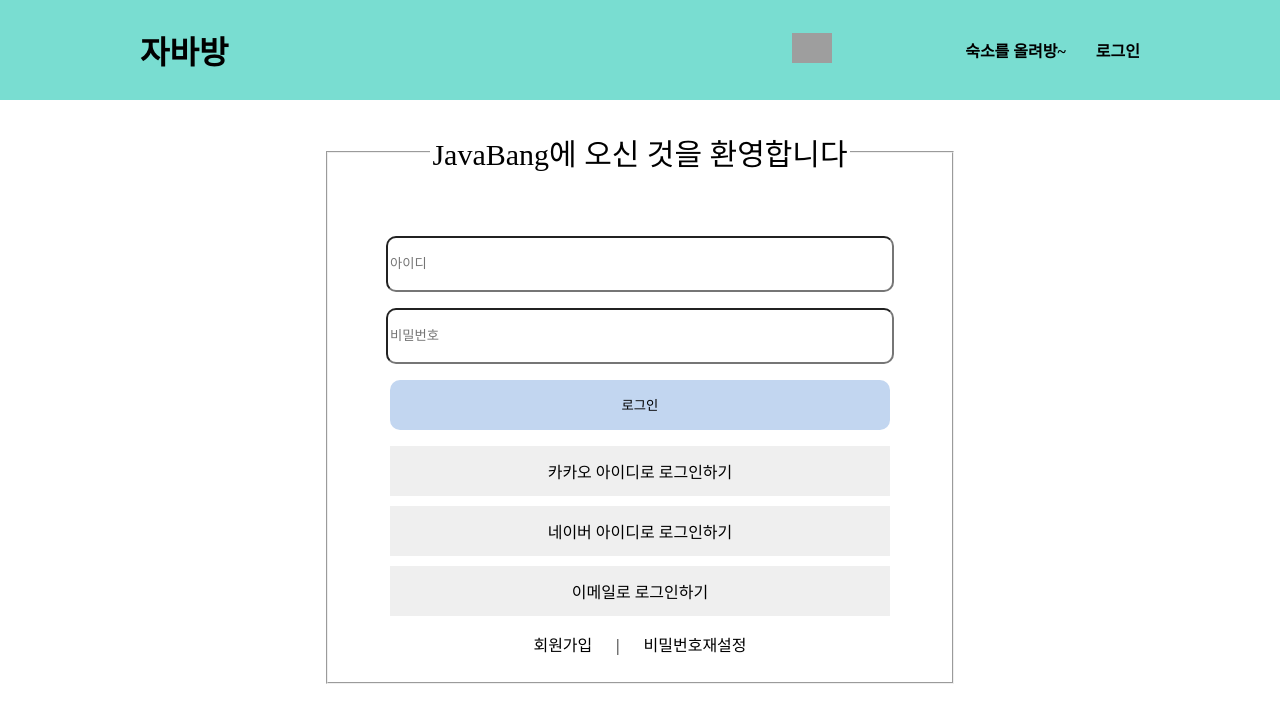
Repository: juhyeseong/project
Page: http://localhost/dbjava/WEB-INF/views/member/login.jsp
An editor plug-in stored every save of this project. The page is shown before and after the next save, followed by the edit.
The browser window is 1280 px wide. The pictures show the whole page.
Pictures or frames that could not be fetched are drawn as grey boxes. The page is served by Tomcat 9. Nobody is signed in. Other server files are loaded and not shown. The template is opened directly, without the code that normally fills it, so the values that code supplies are empty.

Above is the page before, as saved 2023-08-11 08:37:18.

### workspace/dbjava/src/main/webapp/WEB-INF/views/member/login.jsp
<%@ page language="java" contentType="text/html; charset=UTF-8" pageEncoding="UTF-8"%>
<%@ include file="../header.jsp" %>
<div class="login">
      <fieldset>
          <legend>JavaBang에 오신 것을 환영합니다</legend>

          <p><input type="text" placeholder="아이디"></p>
          <p><input type="text" placeholder="비밀번호"></p>
          <p><input type="submit" value="로그인"></p>

          <button class="kakao"> <img src="">카카오 아이디로 로그인하기</button>
          <button class="naver"> 네이버 아이디로 로그인하기</button>
          <button class="email"> 이메일로 로그인하기</button>
          <p><a href="${cpath }/member/join">회원가입 </a> | 비밀번호재설정</p>

      </fieldset>
  </div>
</body>
</html>

### workspace/dbjava/src/main/webapp/WEB-INF/views/header.jsp
<%@ page language="java" contentType="text/html; charset=UTF-8" pageEncoding="UTF-8"%>
<%@ taglib prefix="c" uri="http://java.sun.com/jsp/jstl/core" %>
<c:set var="cpath" value="${pageContext.request.contextPath }"/>
<!DOCTYPE html>
<html>
<head>
<meta charset="UTF-8">
<title>자바방</title>
<style>
body {
	margin: 0px;
}
a{
	all: unset;
	cursor: pointer;
}
p{
    text-align:center;
}

/* header style */
header {
    height: 100px;

	background-color: #79DDD1;
    font-family: "굴림";
    font-weight: bold;

    display: flex;
    justify-content: center;
    align-items: center;
}
header > div {
	width: 1000px;

    display: flex;
    justify-content: space-between;
	align-items: center;
}
.btn3 > button{
    all: unset;
    cursor: pointer;

    border: none;
    width: 500px;
    padding: 0;

    text-align: right;
    font: inherit;
    background: none;
}
.search {
    width: 40px;
}
ul {
    list-style: none;

	padding: 0px;

    display: flex;
}
ul > li{
	margin-left: 30px;
}

/* home style */
.main {
	width: 1000px;
	margin: auto;
}
.btn1 >  button{
    margin-top:50px;
    margin-right:100px;
    border: none;
    background: none;
    padding: 0;
    font: inherit;
    cursor: pointer;
    outline: inherit;
}
.btn2 > button{
    margin-top:50px;
    margin-left:100px;
    border: none;
    background: none;
    padding: 0;
    font: inherit;
    cursor: pointer;
    outline: inherit;
}
.category{
    margin-left:200px;
    margin-top:30px;
}
.arrow{
    width:30px;
}
.categories{
    display:flex;

}
.category{
   margin-left:20px;
   margin-top:30px;
   /* opacity: 0.7; */
}

.categoryImg {
	width: 30px;
}
.type{
	margin-right:20px;
	display: flex;
    flex-flow: wrap;
    width : 1000px;
    overflow :hidden;
}
.room {

	width : 240px;
    height : 240px;
    margin : 3px;
    border-radius:10px;
    position : relative;
    overflow: hidden;
}
/*login css*/
.login{
    text-align: center;
}
.login fieldset{
    width:600px;
    margin: 30px auto;
}
legend{
    font-size: 30px;
}
.login input {
    border-radius: 10px;
    width:500px;
    height:50px;
}
.login legend {
    margin-bottom: 40px;
}
.kakao{
    width:500px;
    height: 50px;
    line-height: 50px;
    border: none;
    padding: 0;
    font: inherit;
    cursor: pointer;
    outline: inherit;
}
.naver{
    width:500px;
    height: 50px;
    line-height: 50px;
    border: none;
    padding: 0;
    font: inherit;
    cursor: pointer;
    outline: inherit;
    margin-top:10px;
}
.email{
	width:500px;
    height: 50px;
    line-height: 50px;
    border: none;
    padding: 0;
    font: inherit;
    cursor: pointer;
    outline: inherit;
    margin-top:10px;
}
.login input[type="submit"]{
    background-color: #C2D6F0;
    border : none;
    width:500px;
    height:50px;
}
.login p{
    word-spacing: 20px;
}
/*join css*/
fieldset{
    width:600px;
    margin:0 auto;
    margin-top:100px;
}
legend{
    font-size:30px;
}
.join{
    text-align: center;
}
.join input[type="submit"] {
    background-color: #C2D6F0;
    border : none;
    width:500px;
    height:50px;
}
.join input {
    border-radius: 10px;
    width:500px;
    height:50px;
}
.join select {
    width: 500px;
    height: 50px;

    text-align: center;
}
/*찜하기 css*/
.fav{
	position:relative;

}
.fav-btn{
    position: absolute;
    top: 10px; /* 버튼을 이미지 위로 위치시키려면 적절한 값으로 조정 */
    right: 10px; /* 버튼을 이미지 오른쪽에 위치시키려면 적절한 값으로 조정 */
    border: none;
    background: none;
    color: white;
    padding: 5px 10px;
    cursor: pointer;

}
.fav-btn > img{
	width:20px;
    height:20px;
}
</style>
</head>
<body>
	<header>
        <div>
        	<h1><a href="${cpath }">자바방</a></h1>
	        <div class="btn3">
	        	<button><img src="http://192.168.64.200/search.png" class="search"></button>
	        </div>
	        <ul>
	            <li>숙소를 올려방~</li>
	            <li><a href="${cpath }/member/login">로그인</a></li>
	        </ul>
        </div>
    </header>
</body>
</html>

After the next save:
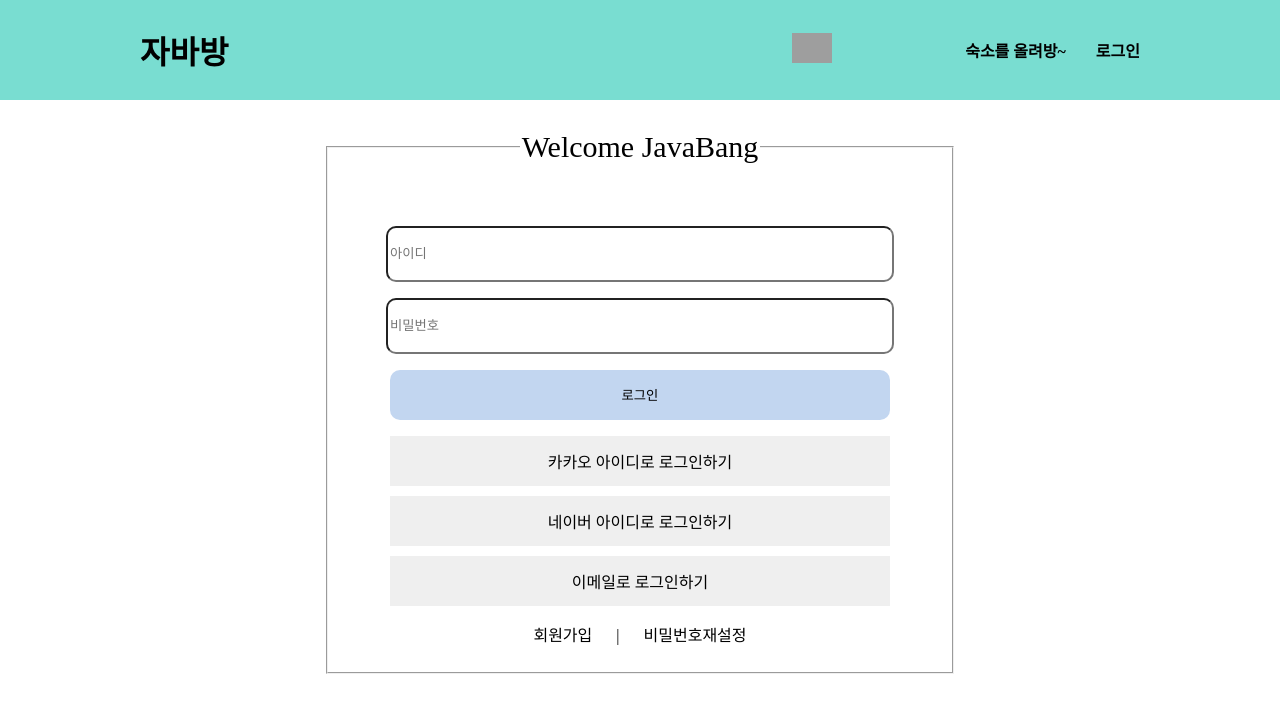
Saved 5 min 24 s later.
--- a/workspace/dbjava/src/main/webapp/WEB-INF/views/member/login.jsp
+++ b/workspace/dbjava/src/main/webapp/WEB-INF/views/member/login.jsp
@@ -2,7 +2,7 @@
 <%@ include file="../header.jsp" %>
 <div class="login">
       <fieldset>
-          <legend>JavaBang에 오신 것을 환영합니다</legend>
+          <legend>Welcome JavaBang</legend>
 
           <p><input type="text" placeholder="아이디"></p>
           <p><input type="text" placeholder="비밀번호"></p>
